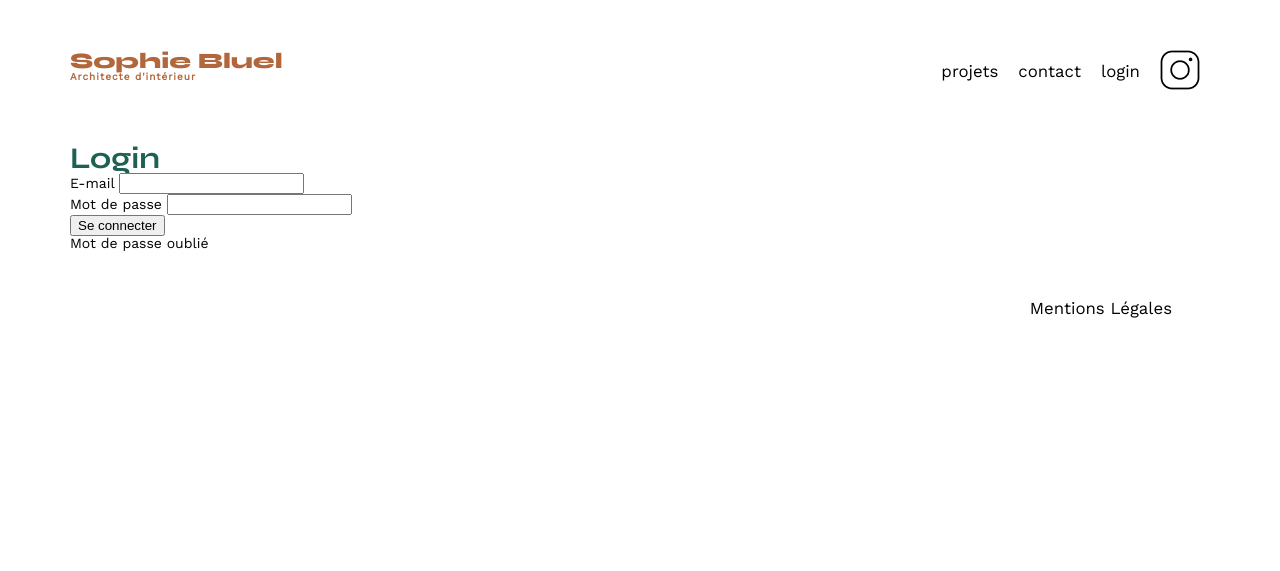
Repository: ByteVoyageur/OC-P6
Page: FrontEnd/assets/pages/login.html
The author's editor kept a copy of each file at every save. The page is drawn from the files as they stood at one save, then again after the next save.
The browser window is 1280 px wide. The pictures show the whole page.
The page's requests for data from a server got no answer.

Above is the page before, as saved 2023-10-13 12:57:56.

After the next save:
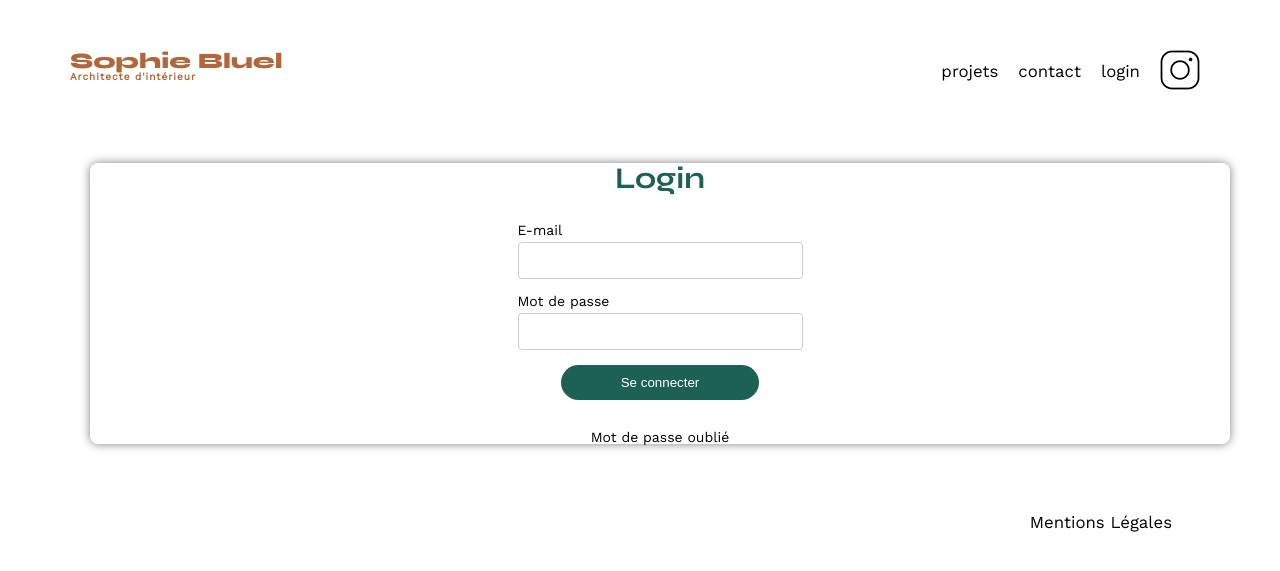
Saved 2 min 29 s later.
--- a/FrontEnd/assets/style.css
+++ b/FrontEnd/assets/style.css
@@ -243,16 +243,20 @@ li:hover {
 .gallery img {
   width: 100%;
 }
+
 #contact {
   width: 50%;
   margin: auto;
 }
+
 #contact > * {
   text-align: center;
 }
+
 #contact h2 {
   margin-bottom: 20px;
 }
+
 #contact form {
   text-align: left;
   margin-top: 30px;
@@ -260,18 +264,19 @@ li:hover {
   flex-direction: column;
 }
 
+#contact input,
+#contact textarea {
+  border: none;
+  box-shadow: 0px 4px 14px rgba(0, 0, 0, 0.09);
+}
+
 #contact input {
   height: 50px;
   font-size: 1.2em;
-  border: none;
-  box-shadow: 0px 4px 14px rgba(0, 0, 0, 0.09);
-}
+}
+
 #contact label {
   margin: 2em 0 1em 0;
-}
-#contact textarea {
-  border: none;
-  box-shadow: 0px 4px 14px rgba(0, 0, 0, 0.09);
 }
 
 input[type='submit'] {
@@ -291,21 +296,23 @@ footer nav ul {
   margin: 2em;
 }
 
-/* Basic styles for the dialog */
-#login-dialog {
-  position: fixed;
-  top: 0;
-  left: 0;
+/* Basic styles for the login section */
+#login-section {
+  position: relative; /* Changed from fixed to relative */
   width: 100%;
-  height: 100%;
-}
-
-#login-dialog .login-dialog-content {
+  padding: 20px;
+}
+
+#login-section .login-content {
   display: flex;
   flex-direction: column;
   align-items: center;
-}
-#login-form {
+  background-color: #ffffff;
+  border-radius: 8px;
+  box-shadow: 0px 0px 10px rgba(0, 0, 0, 0.5);
+}
+
+#login-page-form {
   width: 100%;
   display: flex;
   flex-direction: column;
@@ -314,15 +321,7 @@ footer nav ul {
   margin-top: 30px;
 }
 
-.login-dialog-content {
-  width: 100%;
-  padding: 20px;
-  background-color: #ffffff;
-  border-radius: 8px;
-  box-shadow: 0px 0px 10px rgba(0, 0, 0, 0.5);
-}
-
-.login-input-group {
+.login-field-group {
   width: 25%;
   display: flex;
   flex-direction: column;
@@ -330,23 +329,14 @@ footer nav ul {
   gap: 5px;
 }
 
-/* Styles for hiding/showing the dialog */
-/* .login-dialog-hidden {
-  display: none;
-} */
-
-.login-dialog-visible {
-  display: flex;
-}
-
 /* Input fields and button styles */
-#login-form input {
+#login-page-form input {
   padding: 10px;
   border: 1px solid #ccc;
   border-radius: 4px;
 }
 
-#login-form button {
+#login-page-form button {
   padding: 10px 60px;
   background-color: #1d6154;
   color: #ffffff;
